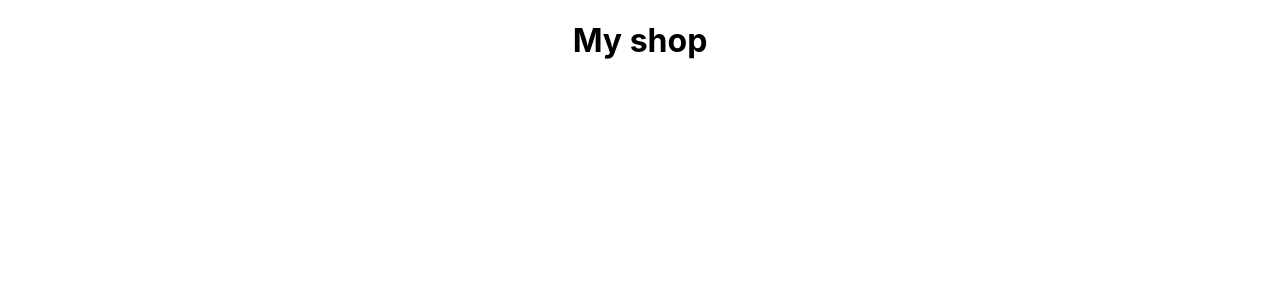
Repository: hana-task/react-task
Page: /
The author's editor kept a copy of each file at every save. The page is drawn from the files as they stood at one save, then again after a run of saves.
The browser window is 1280 px wide. The pictures show the whole page.
The project was rebuilt for these pictures with package versions that can differ from the ones it lists, and the page was loaded fresh each time.

Above is the page before, as saved 2021-11-02 11:16:54.

### src/App.js
import React from "react";
import './App.css';
import  Shop  from "./Shop";

function App() {
  return (
    <div className="App">
      <Shop />

    </div>
  );
}

export default App;

### src/Shop.js
import React from "react";
//import { ProductsJson } from "./Data";


class Shop extends React.Component {
    render() {
        const ProductsJson = {
            "products": [
                {
                    "name": "Cap",
                    "image": './images/cap.jpg',
                    "price": "22",
                    "description": "Very nice red cap!",
                },
                {
                    "name": "Sweater",
                    "image": './images/sweater.jpg',
                    "price": "45",
                    "description": "Warming sweater",
                },
                {
                    "name": "Sweater2",
                    "image": './images/sweater2.jpg',
                    "price": "55",
                    "description": "Warming sweater2",
                },
                {
                    "name": "Cap",
                    "image": './images/cap.jpg',
                    "price": "22",
                    "description": "Very nice red cap!",
                },
                {
                    "name": "Sweater",
                    "image": './images/sweater.jpg',
                    "price": "45",
                    "description": "Warming sweater",
                },
                {
                    "name": "Sweater2",
                    "image": './images/sweater2.jpg',
                    "price": "55",
                    "description": "Warming sweater2",
                },
            ]
        };
        var stringified = JSON.stringify(ProductsJson);

        const Products = JSON.parse(stringified);
        console.log(Products);
        return (
            <div className="my-shop">
                <h1>My shop</h1>
                <div className="container">


</div>
            </div>
        );
    }
}
export default Shop;

Loaded but not shown: public/index.html (common file); src/index.js (common file); src/index.css (common file); src/reportWebVitals.js (common file); src/App.css (common file)

After the next 2 saves:
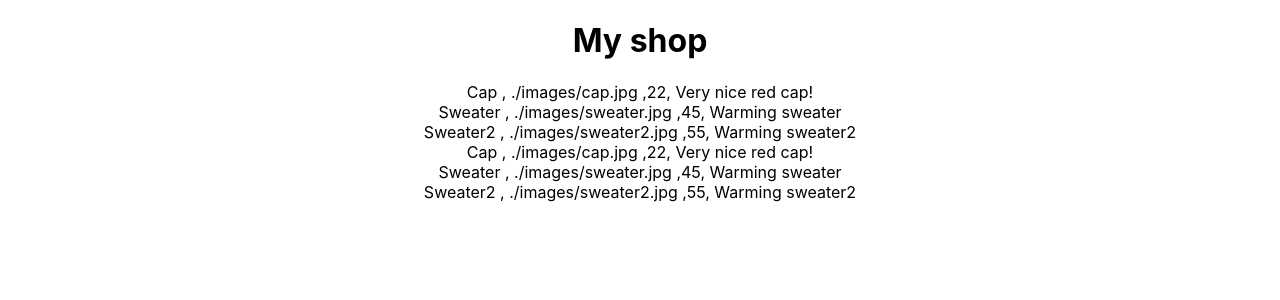
The 2 saves are shown as one change because 1 did not build or start.
The last was saved 4 min 9 s later.
--- a/src/Shop.js
+++ b/src/Shop.js
@@ -45,7 +45,6 @@ class Shop extends React.Component {
             ]
         };
         var stringified = JSON.stringify(ProductsJson);
-
         const Products = JSON.parse(stringified);
         console.log(Products);
         return (
@@ -53,7 +52,19 @@ class Shop extends React.Component {
                 <h1>My shop</h1>
                 <div className="container">
 
-
+                    {Products.products.map((data, key) => {
+                        return (
+                            <div key={key}>
+                                {data.name +
+                                    " , " +
+                                    data.image +
+                                    " ," +
+                                    data.price +
+                                    ", " +
+                                    data.description}
+                            </div>
+                        );
+                    })}
 </div>
             </div>
         );
